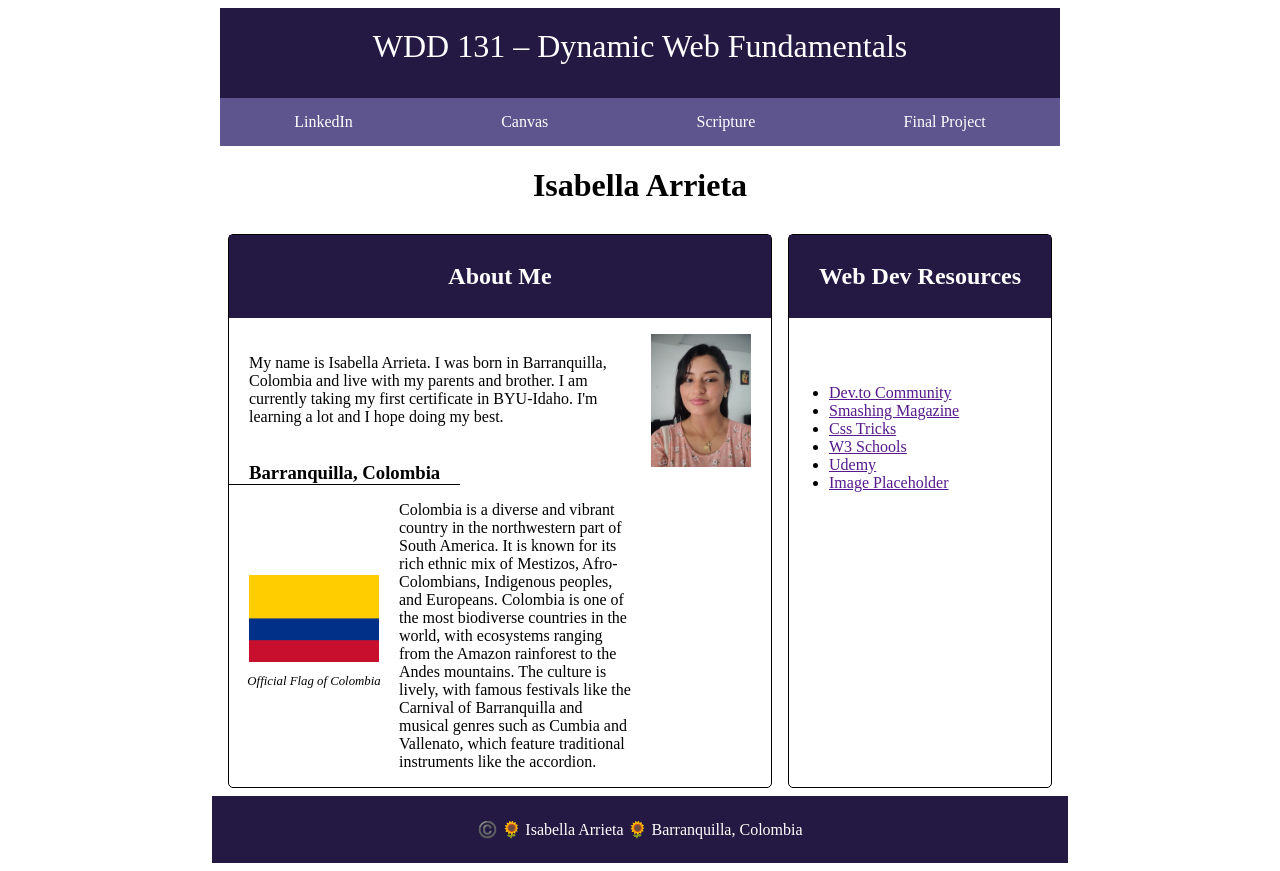
Repository: isaAJ05/wdd131
Page: index.html
These files come from the project's save history. The page is drawn as it stood at one moment and after a run of saves; the edit follows.
The browser window is 1280 px wide. The pictures show the whole page.
Some web fonts or font styles are not loaded; a fallback is used.

Above is the page before, as saved 2025-07-04 03:19:47.

After the next 2 saves:
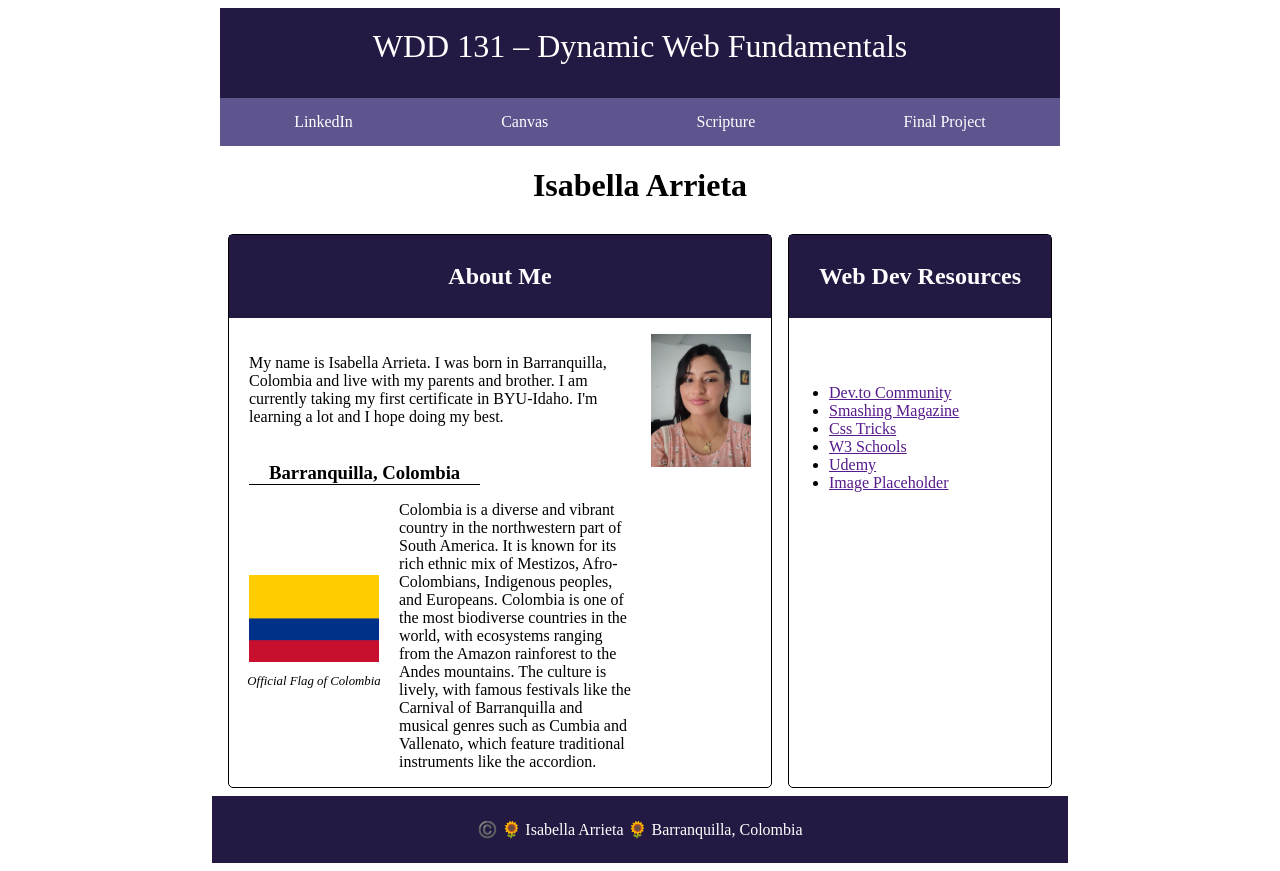
The 2 saves are shown as one change because they came seconds apart.
The last was saved 18 s later.
--- a/styles/base.css
+++ b/styles/base.css
@@ -86,7 +86,7 @@ section{
     display: inline-block;
     border-bottom: 1px solid black;
     padding: 0 20px;
-    margin: 0;
+    margin: 0 20px;
     text-align: center;
     align-items: center;
 }
